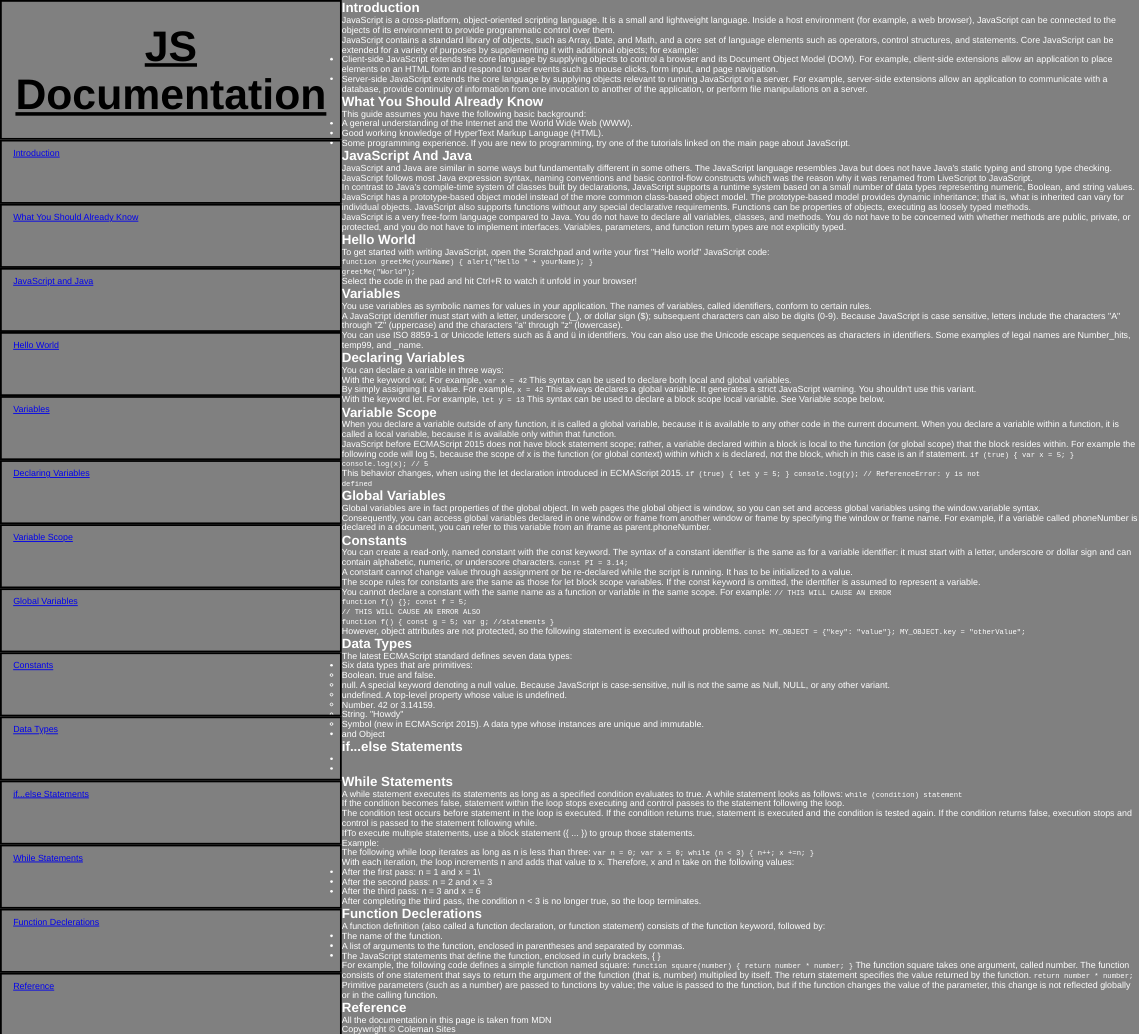
Repository: ctcoleman/technicalDocumentationPage
Page: index.html
An editor plug-in stored every save of this project. The page is shown before and after the next save, followed by the edit.
The browser window is 1280 px wide. The pictures show the whole page, at 89% of full size.

Above is the page before, as saved 2020-07-10 19:55:16.

### index.html
<!DOCTYPE html>
<html lang="en">

<head>
  <meta charset="UTF-8">
  <meta name="viewport" content="width=device-width, initial-scale=1.0">
  <title>FCC: Technical Documentation Page</title>
  <link type="text/css" rel="stylesheet" href="/assets/stylesheets/style.css">
</head>

<body>

  <nav id="navbar">
    <header id="main-heading">
      <h1>JS Documentation</h1>
    </header>
    <div class="nav-container">
      <a class="nav-link" href="#introduction">Introduction</a>
      <a class="nav-link" href="#what_you_should_already_know">What You Should Already Know</a>
      <a class="nav-link" href="#javaScript_and_java">JavaScript and Java</a>
      <a class="nav-link" href="#hello_world">Hello World</a>
      <a class="nav-link" href="#variables">Variables</a>
      <a class="nav-link" href="#declaring_variables">Declaring Variables</a>
      <a class="nav-link" href="#variable_scope">Variable Scope</a>
      <a class="nav-link" href="#global_variables">Global Variables</a>
      <a class="nav-link" href="#constants">Constants</a>
      <a class="nav-link" href="#data_types">Data Types</a>
      <a class="nav-link" href="#if...else_statements">if...else Statements</a>
      <a class="nav-link" href="#while_statements">While Statements</a>
      <a class="nav-link" href="#function_declerations">Function Declerations</a>
      <a class="nav-link" href="#reference">Reference</a>
    </div>
  </nav>

  <main id="main-doc">

    <section class="main-section" id="introduction">
      <header class="topic-header">
        <h2>Introduction</h2>
      </header>
      <article>
        <p>
          JavaScript is a cross-platform, object-oriented scripting language. It is a small and lightweight language.
          Inside a host environment (for example, a web browser), JavaScript can be connected to the objects of its
          environment to provide programmatic control over them.
        </p>
        <p>
          JavaScript contains a standard library of objects, such as Array, Date, and Math, and a core set of language
          elements such as operators, control structures, and statements. Core JavaScript can be extended for a variety
          of purposes by supplementing it with additional objects; for example:
        <ul>
          <li>Client-side JavaScript extends the core language by supplying objects to control a browser and its
            Document Object Model (DOM). For example, client-side extensions allow an application to place elements on
            an HTML form and respond to user events such as mouse clicks, form input, and page navigation.</li>
          <li>Server-side JavaScript extends the core language by supplying objects relevant to running JavaScript on a
            server. For example, server-side extensions allow an application to communicate with a database, provide
            continuity of information from one invocation to another of the application, or perform file manipulations
            on a server.</li>
        </ul>
        </p>
      </article>
    </section>

    <section class="main-section" id="what_you_should_already_know">
      <header class="topic-header">
        <h2>What You Should Already Know</h2>
      </header>
      <article>
        <p>
          This guide assumes you have the following basic background:
        <ul>
          <li>A general understanding of the Internet and the World Wide Web (WWW).
          </li>
          <li>Good working knowledge of HyperText Markup Language (HTML).
          </li>
          <li>Some programming experience. If you are new to programming, try one of the tutorials linked on the main
            page about JavaScript.
          </li>
        </ul>
        </p>
      </article>
    </section>

    <section class="main-section" id="javaScript_and_java">
      <header class="topic-header">
        <h2>JavaScript And Java</h2>
      </header>
      <article>
        <p>
          JavaScript and Java are similar in some ways but fundamentally different in some others. The JavaScript
          language resembles Java but does not have Java's static typing and strong type checking. JavaScript follows
          most Java expression syntax, naming conventions and basic control-flow constructs which was the reason why it
          was renamed from LiveScript to JavaScript.
        </p>
        <p>
          In contrast to Java's compile-time system of classes built by declarations, JavaScript supports a runtime
          system based on a small number of data types representing numeric, Boolean, and string values. JavaScript has
          a prototype-based object model instead of the more common class-based object model. The prototype-based model
          provides dynamic inheritance; that is, what is inherited can vary for individual objects. JavaScript also
          supports functions without any special declarative requirements. Functions can be properties of objects,
          executing as loosely typed methods.
        </p>
        <p>
          JavaScript is a very free-form language compared to Java. You do not have to declare all variables, classes,
          and methods. You do not have to be concerned with whether methods are public, private, or protected, and you
          do not have to implement interfaces. Variables, parameters, and function return types are not explicitly
          typed.
        </p>
      </article>
    </section>

    <section class="main-section" id="hello_world">
      <header class="topic-header">
        <h2>Hello World</h2>
      </header>
      <article>
        <p>
          To get started with writing JavaScript, open the Scratchpad and write your first "Hello world" JavaScript
          code:
        </p>
        <code>
          function greetMe(yourName) { alert("Hello " + yourName); }<br>
          greetMe("World");
        </code>
        <p>
          Select the code in the pad and hit Ctrl+R to watch it unfold in your browser!
        </p>
      </article>
    </section>

    <section class="main-section" id="variables">
      <header class="topic-header">
        <h2>Variables</h2>
      </header>
      <article>
        <p>
          You use variables as symbolic names for values in your application. The names of variables, called
          identifiers, conform to certain rules.
        </p>
        <p>
          A JavaScript identifier must start with a letter, underscore (_), or dollar sign ($); subsequent characters
          can also be digits (0-9). Because JavaScript is case sensitive, letters include the characters "A" through "Z"
          (uppercase) and the characters "a" through "z" (lowercase).
        </p>
        <p>
          You can use ISO 8859-1 or Unicode letters such as å and ü in identifiers. You can also use the Unicode escape
          sequences as characters in identifiers. Some examples of legal names are Number_hits, temp99, and _name.
        </p>
      </article>
    </section>

    <section class="main-section" id="declaring_variables">
      <header class="topic-header">
        <h2>Declaring Variables</h2>
      </header>
      <article>
        <p>
          You can declare a variable in three ways:
        </p>
        <p>
          With the keyword var. For example,
          <code> var x = 42</code>
          This syntax can be used to declare both local and global variables.
        </p>
        <p>
          By simply assigning it a value. For example,
          <code>x = 42</code>
          This always declares a global variable. It generates a strict JavaScript warning. You shouldn't use this
          variant.
        </p>
        <p>
          With the keyword let. For example,
          <code>let y = 13</code>
          This syntax can be used to declare a block scope local variable. See Variable scope below.
        </p>
      </article>
    </section>

    <section class="main-section" id="variable_scope">
      <header class="topic-header">
        <h2>Variable Scope</h2>
      </header>
      <article>
        <p>
          When you declare a variable outside of any function, it is called a global variable, because it is available
          to any other code in the current document. When you declare a variable within a function, it is called a local
          variable, because it is available only within that function.
        </p>
        <p>
          JavaScript before ECMAScript 2015 does not have block statement scope; rather, a variable declared within a
          block is local to the function (or global scope) that the block resides within. For example the following code
          will log 5, because the scope of x is the function (or global context) within which x is declared, not the
          block, which in this case is an if statement.
          <code>if (true) { var x = 5; } console.log(x); // 5</code>
        </p>
        <p>
          This behavior changes, when using the let declaration introduced in ECMAScript 2015.
          <code>if (true) { let y = 5; } console.log(y); // ReferenceError: y is not<br>
          defined</code>
        </p>
      </article>
    </section>

    <section class="main-section" id="global_variables">
      <header class="topic-header">
        <h2>Global Variables</h2>
      </header>
      <article>
        <p>
          Global variables are in fact properties of the global object. In web pages the global object is window, so you
          can set and access global variables using the window.variable syntax.
        </p>
        <p>
          Consequently, you can access global variables declared in one window or frame from another window or frame by
          specifying the window or frame name. For example, if a variable called phoneNumber is declared in a document,
          you can refer to this variable from an iframe as parent.phoneNumber.
        </p>
      </article>
    </section>

    <section class="main-section" id="constants">
      <header class="topic-header">
        <h2>Constants</h2>
      </header>
      <article>
        <p>
          You can create a read-only, named constant with the const keyword. The syntax of a constant identifier is the
          same as for a variable identifier: it must start with a letter, underscore or dollar sign and can contain
          alphabetic, numeric, or underscore characters.
          <code>const PI = 3.14;</code>
        </p>
        <p>
          A constant cannot change value through assignment or be re-declared while the script is running. It has to be
          initialized to a value.
          <br>
          The scope rules for constants are the same as those for let block scope variables. If the const keyword is
          omitted, the identifier is assumed to represent a variable.
          <br>
          You cannot declare a constant with the same name as a function or variable in the same scope. For example:
          <code>
            // THIS WILL CAUSE AN ERROR<br> function f() {}; const f = 5;<br> // THIS WILL
            CAUSE AN ERROR ALSO<br> function f() { const g = 5; var g; //statements
            }
          </code>
        </p>
        <p>
          However, object attributes are not protected, so the following statement is executed without problems.

          <code>
            const MY_OBJECT = {"key": "value"}; MY_OBJECT.key = "otherValue";
          </code>
        </p>
      </article>
    </section>

    <section class="main-section" id="data_types">
      <header class="topic-header">
        <h2>Data Types</h2>
      </header>
      <article>
        <p>
          The latest ECMAScript standard defines seven data types:
        <ul>
          <li>Six data types that are primitives:</li>
          <ul>
            <li>Boolean. true and false.</li>
            <li>null. A special keyword denoting a null value. Because JavaScript is case-sensitive, null is not the
              same as Null, NULL,
              or any other variant.</li>
            <li>undefined. A top-level property whose value is undefined.</li>
            <li>Number. 42 or 3.14159.</li>
            <li>String. "Howdy"</li>
            <li>Symbol (new in ECMAScript 2015). A data type whose instances are unique and immutable.</li>
          </ul>
          <li>and Object</li>
        </ul>
        </p>
        <p>

        </p>
      </article>
    </section>

    <section class="main-section" id="if...else_statements">
      <header class="topic-header">
        <h2>if...else Statements</h2>
      </header>
      <article>
        <p>
        <ul>
          <li></li>
          <li></li>
        </ul>
        </p>
        <p>

        </p>
      </article>
    </section>

    <section class="main-section" id="while_statements">
      <header class="topic-header">
        <h2>While Statements</h2>
      </header>
      <article>
        <p>
          A while statement executes its statements as long as a specified condition evaluates to true. A while
          statement looks as
          follows:
          <code>while (condition) statement</code>
        </p>
        <p>
          If the condition becomes false, statement within the loop stops executing and control passes to the statement
          following the loop.
          <br>
          The condition test occurs before statement in the loop is executed. If the condition returns true, statement
          is executed and the condition is tested again. If the condition returns false, execution stops and control is
          passed to the statement following while.
        </p>
        <p>
          IfTo execute multiple statements, use a block statement ({ ... }) to group those statements.
          <br>
          Example:
          <br>
          The following while loop iterates as long as n is less than three:
          <code>
            var n = 0; var x = 0; while (n < 3) { n++; x +=n; }
          </code>
        </p>
        <p>
          With each iteration, the loop increments n and adds that value to x. Therefore, x and n take on the following
          values:
        <ul>
          <li>
            After the first pass: n = 1 and x = 1\
          </li>
          <li>
            After the second pass: n = 2 and x = 3
          </li>
          <li>
            After the third pass: n = 3 and x = 6
          </li>
        </ul>
        After completing the third pass, the condition n < 3 is no longer true, so the loop terminates. </p>
      </article>
    </section>

    <section class="main-section" id="function_declerations">
      <header class="topic-header">
        <h2>Function Declerations</h2>
      </header>
      <article>
        <p>
          A function definition (also called a function declaration, or function statement) consists of the function
          keyword, followed by:
        <ul>
          <li>The name of the function.</li>
          <li>A list of arguments to the function, enclosed in parentheses and separated by commas.</li>
          <li>The JavaScript statements that define the function, enclosed in curly brackets, { }</li>
        </ul>
        </p>
        For example, the following code defines a simple function named square:
        <code>function square(number) { return number * number; }</code>
        The function square takes one argument, called number. The function consists of one statement that says to
        return the
        argument of the function (that is, number) multiplied by itself. The return statement specifies the value
        returned by
        the function.
        <code>return number * number;</code>

        <p>
          Primitive parameters (such as a number) are passed to functions by value; the value is passed to the function,
          but if the function changes the value of the parameter, this change is not reflected globally or in the
          calling function.
        </p>
      </article>
    </section>

    <section class="main-section" id="reference">
      <header class="topic-header">
        <h2>Reference</h2>
      </header>
      <article>
        <p>
          All the documentation in this page is taken from MDN
          <p />
      </article>
    </section>

    <footer id="footer-wrapper">
      <span>Copywright &copy; Coleman Sites</span>
    </footer>
  </main>
  <script src="https://cdn.freecodecamp.org/testable-projects-fcc/v1/bundle.js"></script>
</body>

</html>

### assets/stylesheets/style.css
/** Basic Styling **/
* {
  margin: 0;
  padding: 0;
  outline: 0;
  box-sizing: border-box;
}

body {
 background: grey;
 color: white;
 -webkit-font-smoothing: antialiased;
 display: flex;
}

body,
input,
button {
 font-size: 62.5%;
 font-family: 'Helvetica';
}

button {
 cursor: pointer;
}

/** NavBar Styling **/
#navbar {
  width: 30vw;
}
/** Heading Stying **/

#main-heading {
  padding: 3vh 1vw;
  width: 30vw;
  text-align: center;
  text-decoration: underline;
  color: black;
  border: 2px solid black;
}

#main-heading h1 {
  font-size: 3rem;
}

.nav-container {
  position: fixed;
  left: 0;
  display: flex;
  flex-direction: column;
}

.nav-container .nav-link {
  display: inline-block;
  width: 30vw;
  height: 10vh;
  padding: 1vh 1vw;
  border: 2px solid black;
  font-size:
}

After the next save:
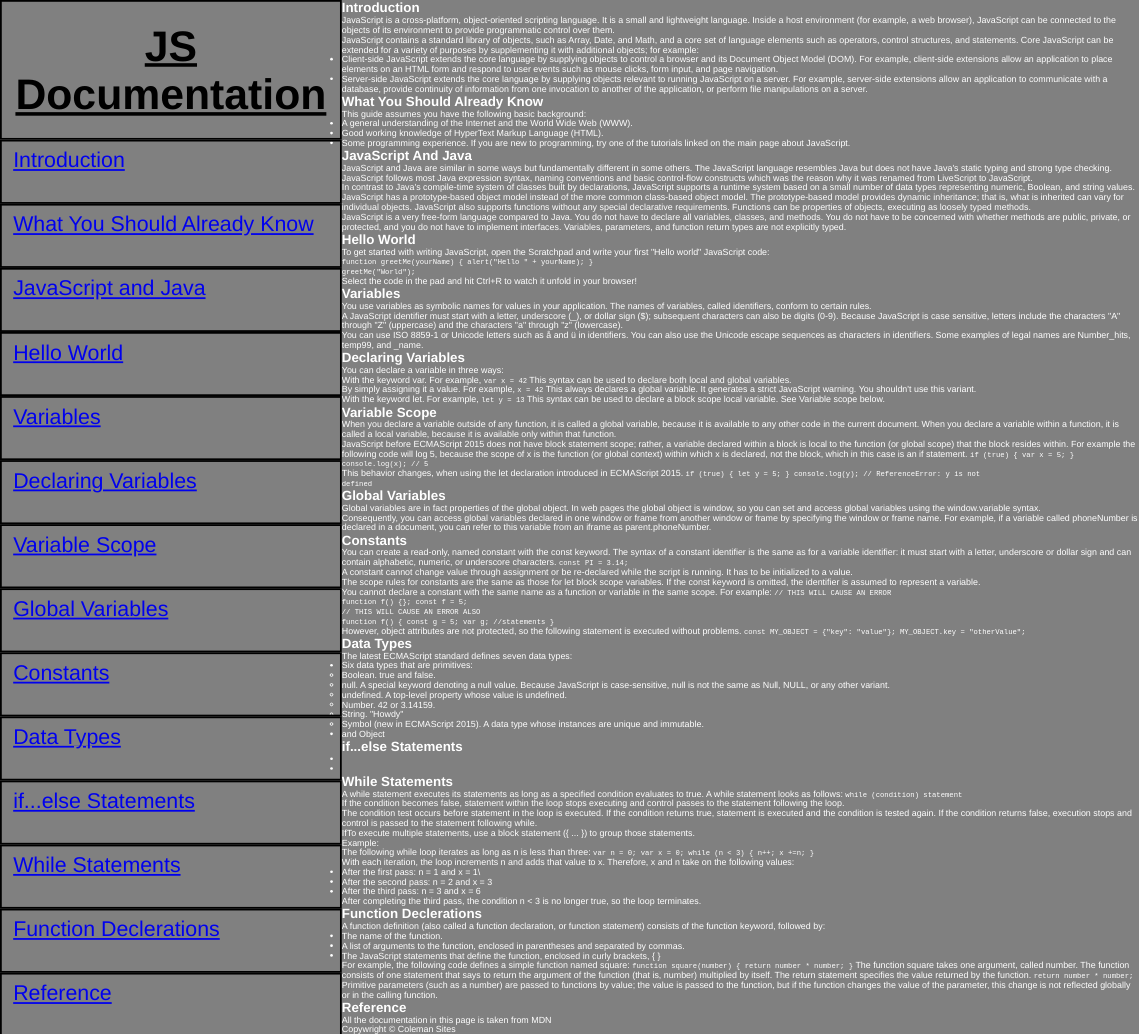
Saved 4 s later.
--- a/assets/stylesheets/style.css
+++ b/assets/stylesheets/style.css
@@ -56,5 +56,5 @@ button {
   height: 10vh;
   padding: 1vh 1vw;
   border: 2px solid black;
-  font-size:
+  font-size: 1.5rem;
 }
